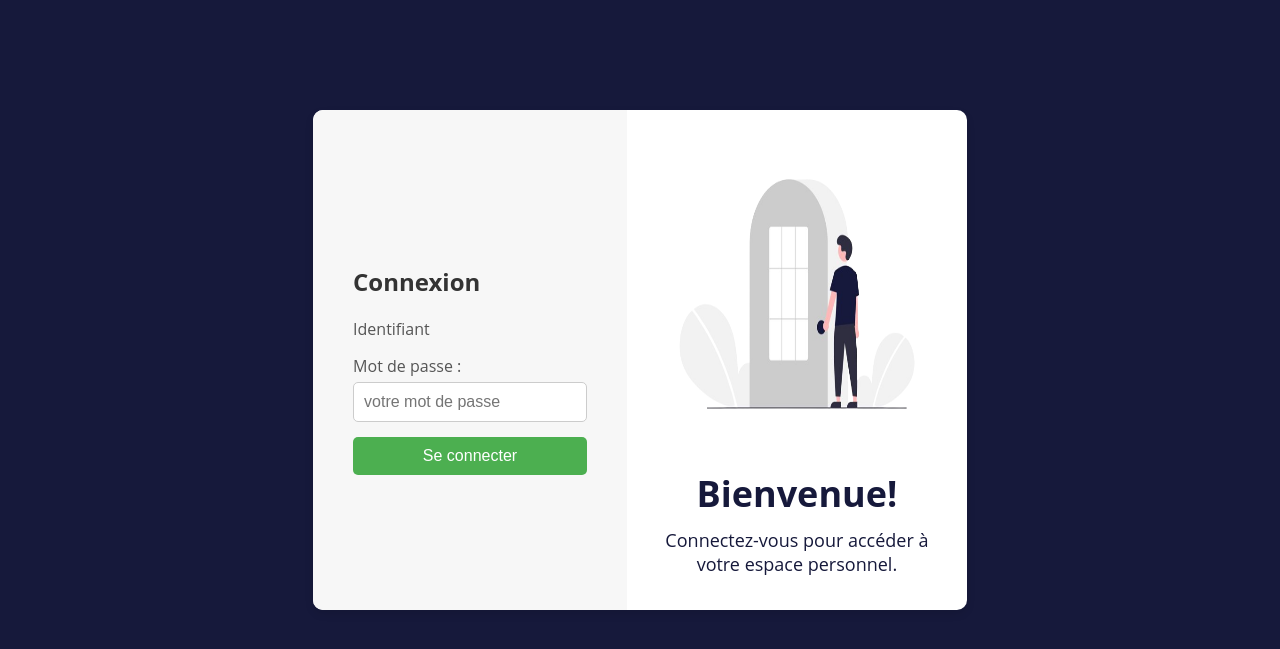
Repository: ndiawar/ProjetGab
Page: home.html
An editor plug-in stored every save of this project. The page is shown before and after the next save, followed by the edit.
The browser window is 1280 px wide. The pictures show the whole page.

Above is the page before, as saved 2024-08-07 13:59:44.

### home.html
<!DOCTYPE html>
<html lang="fr">
<head>
    <meta charset="UTF-8">
    <meta name="viewport" content="width=device-width, initial-scale=1.0">
    <link rel="stylesheet" href="style.css">
    <title>Page de Connexion</title>
</head>
<body>
    <div class="login-container">
        <!-- Section de formulaire -->
        <div class="login-form">
            <h2>Connexion</h2>
            <form>
                <div class="form-group">
                    <label for="identifiant">Identifiant</label>
                    <input type="hidden" id="identifiant" name="identifiant" placeholder="Votre identifiant" required>
                </div>
                <div class="form-group">
                    <label for="password">Mot de passe :</label>
                    <input type="password" id="password" name="password" placeholder="votre mot de passe" required>
                </div>
                <button type="submit">Se connecter</button>
            </form>
        </div>

        <!-- Section de bienvenue -->
        <div class="welcome-section">
            <div class="welcome-content">
                <img src="./image/accueil.png" alt="Logo" class="logo">
                <h1>Bienvenue!</h1>
                <p>Connectez-vous pour accéder à votre espace personnel.</p>
            </div>
        </div>
    </div>
</body>
</html>

### style.css
:root {
    /* Définition des couleurs de base */
    --blue-sky-1: #16193B; /* Bleu nuit */
    --blue-sky-2: #35478C; /* Bleu foncé */
    --blue-sky-3: #4E7AC7; /* Bleu vif */
    --blue-sky-4: #7FB2F0; /* Bleu clair */
    --blue-sky-5: #ADD5F7; /* Bleu très clair */
    --Noir-6: #000000; /* Noir */
    --Blanc-7: #ffffff; /* Blanc */

    /* Utilisation des couleurs pour différents éléments */
    --color-title: var(--blue-sky-1); /* Couleur pour les titres */
    --color-subtitle: var(--blue-sky-3); /* Couleur pour les sous-titres */
    --color-paragraph: var(--blue-sky-2); /* Couleur pour les paragraphes */
    --color-border: var(--blue-sky-4); /* Couleur pour les bordures */
    --color-backgroundFoncé: var(--blue-sky-1); /* Couleur de fond foncée */
    --color-background: var(--blue-sky-5); /* Couleur de fond général */
    --color-text: var(--Noir-6); /* Couleur pour le texte de fond */
    --color-white: var(--Blanc-7); /* Couleur blanche pour le texte de fond d'une balise */

    /* Polices */
    --font-title: 'Montserrat', sans-serif;
    --font-text: 'Open Sans', sans-serif;
    --font-subtitle: 'Roboto', sans-serif;

    /* Taille de police standard et poids */
    --font-size-normal: 16px; /* Taille de police standard pour le texte */
    --font-size-title: 28px; /* Taille de police pour les grands titres */
    --font-size-subtitle: 20px; /* Taille de police pour les sous-titres */
    --font-weight-normal: 400; /* Poids normal de la police */
    --font-weight-bold: 700; /* Poids en gras */
    /* Pour le profil la taille du nom et du sous-titre */
    --font-size-titleProfil: 45px;
    --font-size-subtitleProfil: 30px;
}


/*Initialisation de notre body pour supprimer les marges et choix du type de police pour notre site*/


/*Initialisation de notre body pour supprimer les marges et choix du type de police pour notre site*/
* {
  box-sizing: border-box;
}

/* Style global pour le corps de la page */
body, html {
    margin: 0;
    padding: 0;
    color: var(--color-text);
    font-family: var(--font-text);
    font-size: var(--font-size-normal);
    font-weight: var(--font-weight-normal);
    overflow-x: hidden;
    height: 100%;
    display: flex;
    align-items: center;
    justify-content: center;
    background-color: var(--color-backgroundFoncé);/**/
}

/* Conteneur principal qui tient la page de connexion */
.login-container {
    display: flex;
    width: 80%;
    max-width: 900px;
    height: 500px;
    background-color: #fff;
    box-shadow: 0 4px 8px rgba(0, 0, 0, 0.1);
    border-radius: 10px;
    overflow: hidden;
}

/* Style pour la section du formulaire de connexion */
.login-form {
    flex: 1;
    padding: 40px;
    background-color: #f7f7f7;
    display: flex;
    flex-direction: column;
    justify-content: center;
}

/* Style pour les titres et formulaires dans la section de connexion */
.login-form h2 {
    margin-bottom: 20px;
    color: #333;
}

.form-group {
    margin-bottom: 15px;
}

.form-group label {
    display: block;
    margin-bottom: 5px;
    color: #555;
}

.form-group input {
    width: 100%;
    padding: 10px;
    border: 1px solid #ccc;
    border-radius: 5px;
    font-size: 16px;
    box-sizing: border-box;
}

button {
    width: 100%;
    padding: 10px;
    background-color: #4CAF50;
    color: white;
    border: none;
    border-radius: 5px;
    font-size: 16px;
    cursor: pointer;
    transition: background-color 0.3s ease;
}

button:hover {
    background-color: #45a049;
}

/* Style pour la section de bienvenue avec le logo */
.welcome-section {
    flex: 1;
    display: flex;
    align-items: center;
    justify-content: center;
    color: var(--color-backgroundFoncé);
}

.welcome-content {
    text-align: center;
    padding: 20px;
}

.logo {
    width: 300px;
    height: 300px;
    margin-bottom: 20px;
}

.welcome-section h1 {
    margin: 0 0 10px;
    font-size: 36px;
}

.welcome-section p {
    font-size: 18px;
    margin: 0;
}

After the next save:
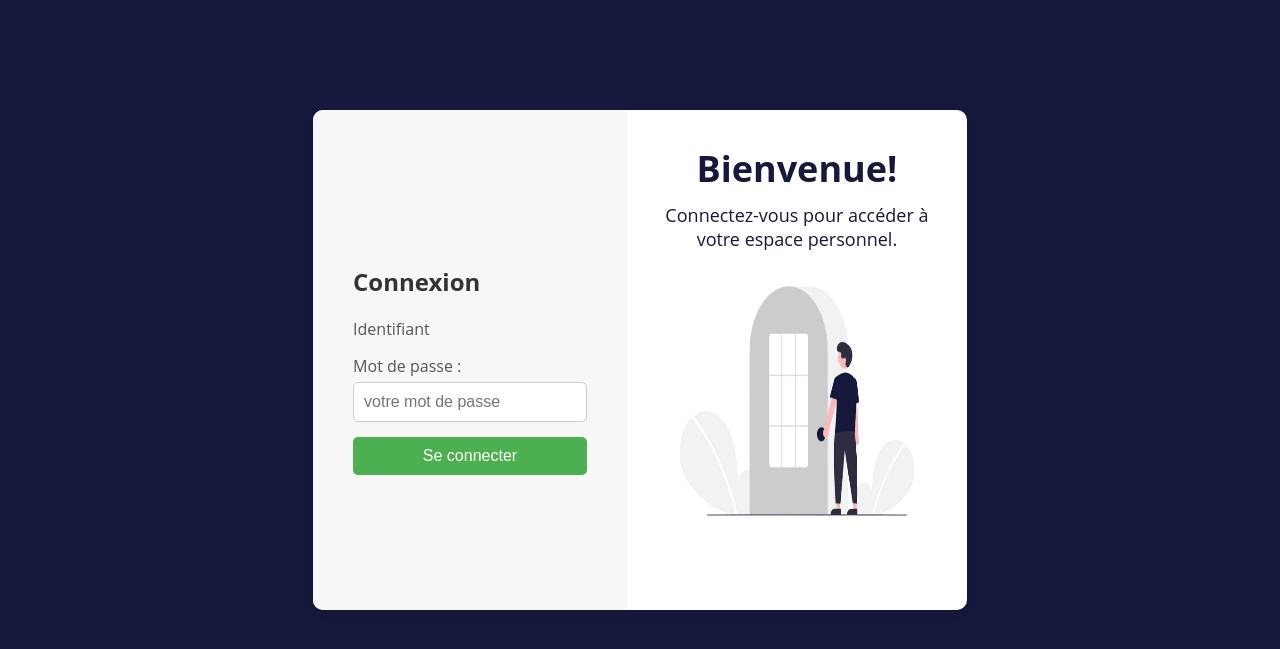
Saved 32 s later.
--- a/home.html
+++ b/home.html
@@ -27,9 +27,9 @@
         <!-- Section de bienvenue -->
         <div class="welcome-section">
             <div class="welcome-content">
-                <img src="./image/accueil.png" alt="Logo" class="logo">
                 <h1>Bienvenue!</h1>
                 <p>Connectez-vous pour accéder à votre espace personnel.</p>
+                <img src="./image/accueil.png" alt="Logo" class="logo">
             </div>
         </div>
     </div>
